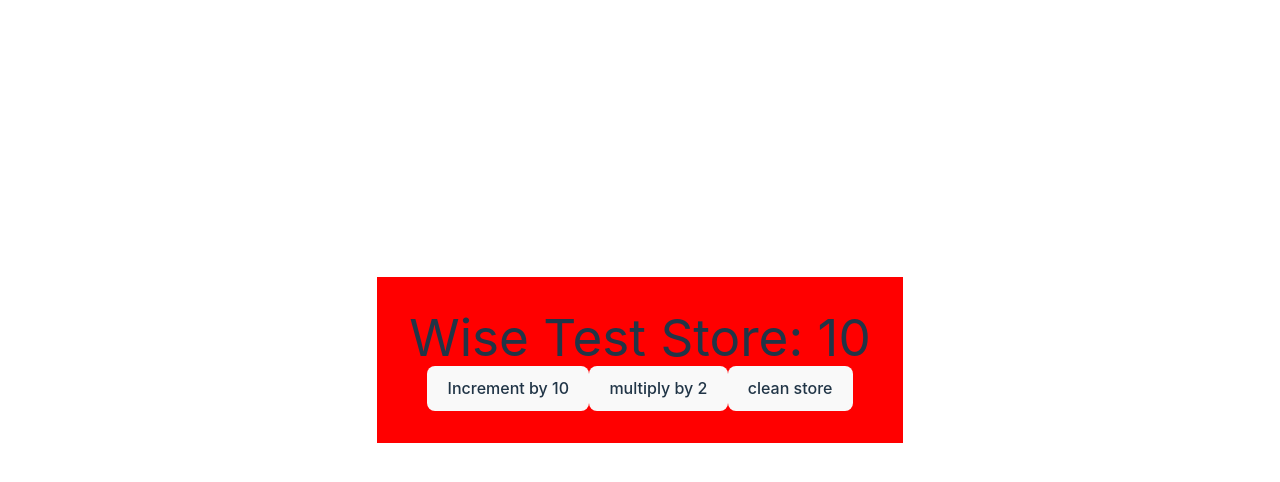
Repository: marianozamora/reactredux-wise
Page: /
An editor plug-in stored every save of this project. The page is shown before and after the next save, followed by the edit.
The browser window is 1280 px wide. The pictures show the whole page.
The page's requests for data from a server got no answer. The project was rebuilt for these pictures with package versions that can differ from the ones it lists, and the page was loaded fresh each time. No one was signed in, and anything a server would have sent is missing. Also part of the build but not shown: vite.config.ts.

Above is the page before, as saved 2023-04-08 00:57:56.

After the next save:
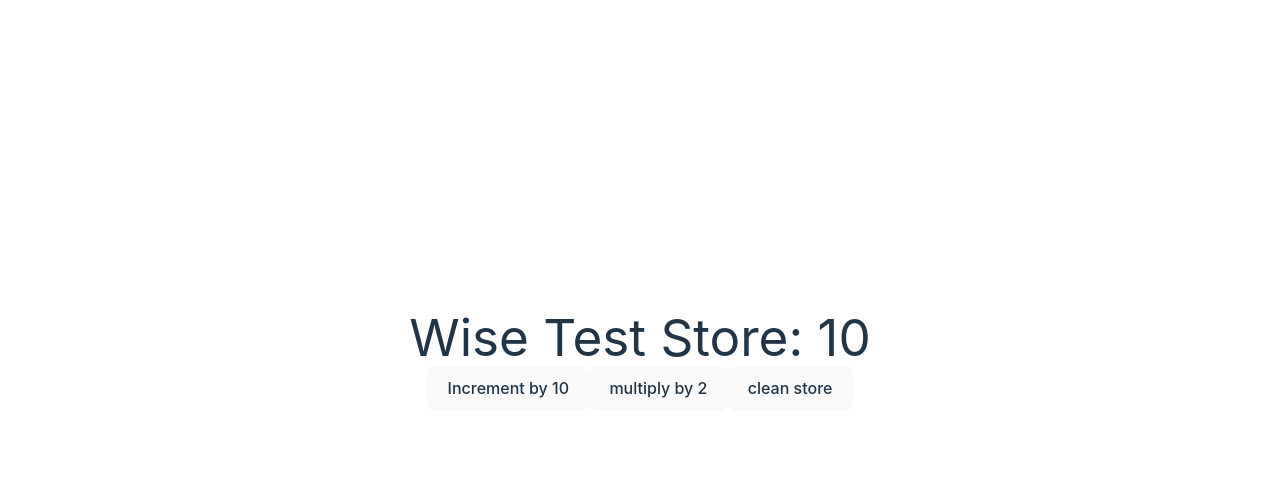
Saved 8 s later.
--- a/src/App.css
+++ b/src/App.css
@@ -6,8 +6,7 @@
   max-width: 1280px;
   margin: 0 auto;
   padding: 2rem;
-  text-align: center;
-  background: red;
+  text-align: center  ;
 }
 
 .logo {
